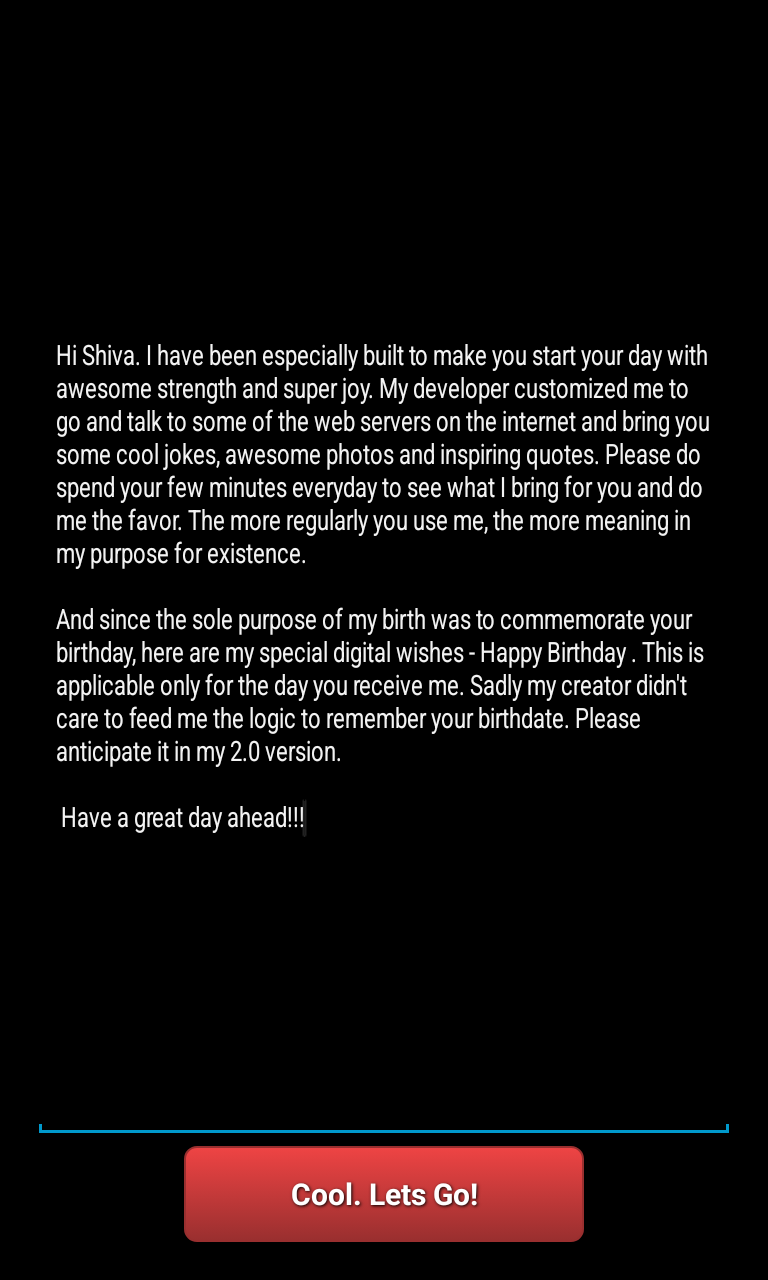
Repository: gitvas/FewMinutesEveryday
Layout: WorkspaceOne/FewMinutesEveryday/res/layout/activity_start.xml
These files come from the project's save history. The layout is drawn as it stood at one moment and after the next save; the edit follows.
It is drawn on a 768 x 1280 px phone screen (xhdpi) without system bars, with theme android:Theme.Holo; the app's code is not run.

Above is the layout before, as saved 2014-08-24 07:00:03.

After the next save:
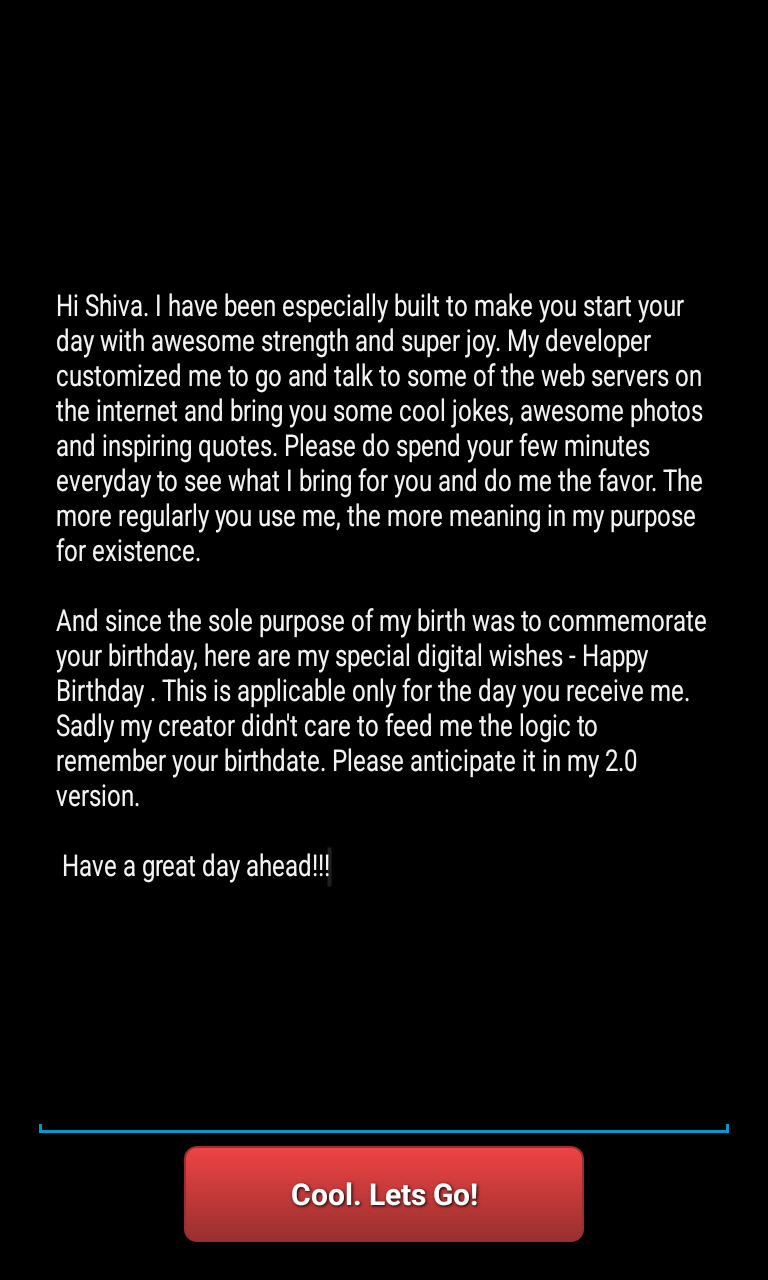
Saved 11 s later.
--- a/WorkspaceOne/FewMinutesEveryday/res/layout/activity_start.xml
+++ b/WorkspaceOne/FewMinutesEveryday/res/layout/activity_start.xml
@@ -20,7 +20,7 @@
         android:inputType="none"
         android:focusable="false"
         android:textScaleX="0.8"
-        android:textSize="14sp"
+        android:textSize="15sp"
         android:text="@string/intro_text">
         <requestFocus />
     </EditText>
